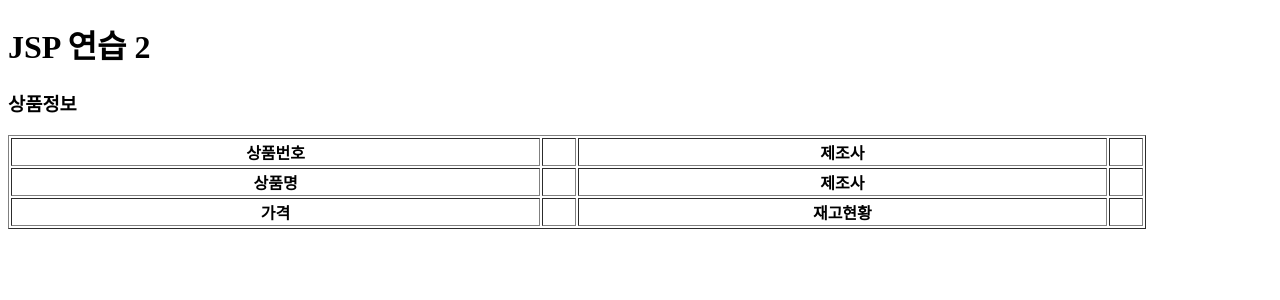
Repository: onuo77/HTA
Page: http://localhost/sample/basic/demo2.jsp
These files come from the project's save history. The page is drawn as it stood at one moment and after the next save; the edit follows.
The browser window is 1280 px wide. The pictures show the whole page.
The page is served by Tomcat 9. Other server files are loaded and not shown.

Above is the page before, as saved 2021-05-18 08:37:07.

### java-web/sample/src/main/webapp/basic/demo2.jsp
<%@ page language="java" contentType="text/html; charset=UTF-8"
    pageEncoding="UTF-8"%>
<!DOCTYPE html>
<html>
<head>
<meta charset="UTF-8">
<title>Insert title here</title>
</head>
<body>
	<h1>JSP 연습 2</h1>

	<h3>상품정보</h3>
	<table border="1" style="width:90%;">
		<tr>
			<th>상품번호</th><td></td>
			<th>제조사</th><td></td>
		</tr>
		<tr>
			<th>상품명</th><td></td>
			<th>제조사</th><td></td>
		</tr>
		<tr>
			<th>가격</th><td></td>
			<th>재고현황</th><td></td>
		</tr>
	</table>
</body>
</html>

After the next save:
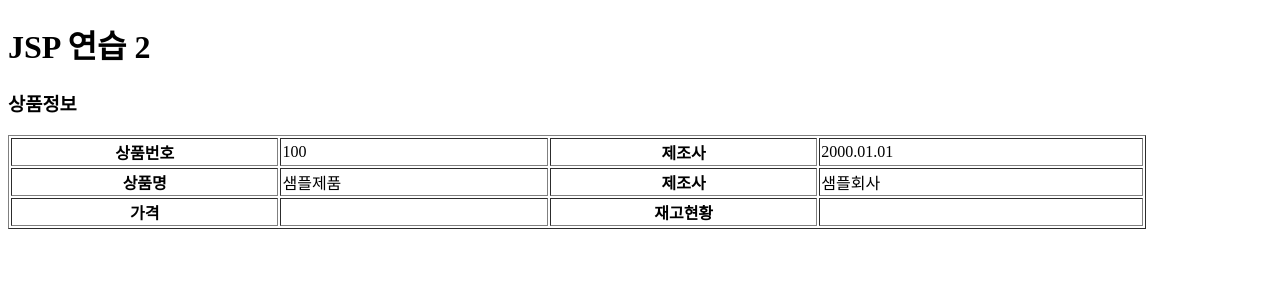
Saved 23 s later.
--- a/java-web/sample/src/main/webapp/basic/demo2.jsp
+++ b/java-web/sample/src/main/webapp/basic/demo2.jsp
@@ -12,12 +12,12 @@
 	<h3>상품정보</h3>
 	<table border="1" style="width:90%;">
 		<tr>
-			<th>상품번호</th><td></td>
-			<th>제조사</th><td></td>
+			<th>상품번호</th><td>100</td>
+			<th>제조사</th><td>2000.01.01</td>
 		</tr>
 		<tr>
-			<th>상품명</th><td></td>
-			<th>제조사</th><td></td>
+			<th>상품명</th><td>샘플제품</td>
+			<th>제조사</th><td>샘플회사</td>
 		</tr>
 		<tr>
 			<th>가격</th><td></td>
